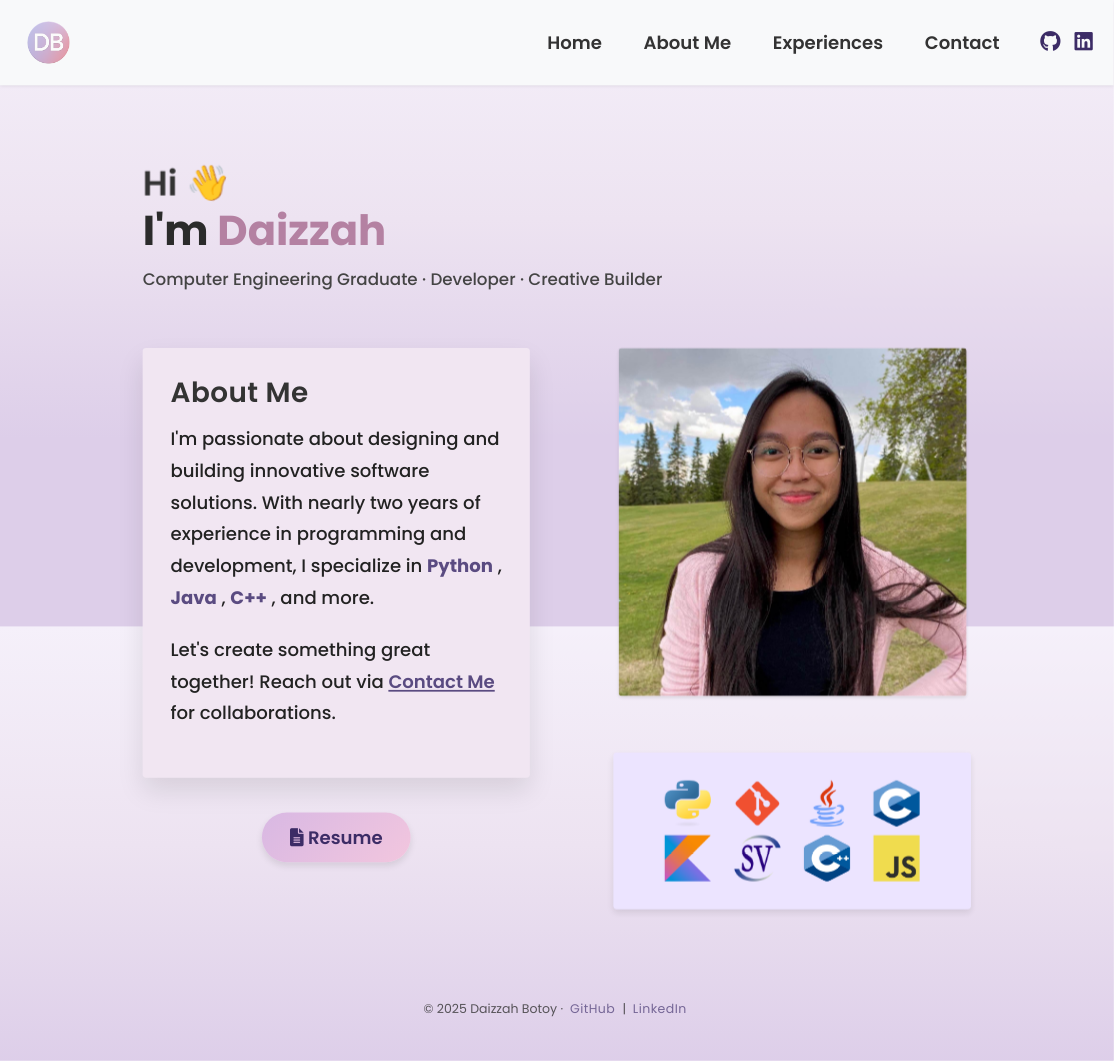
Repository: daizzah/daizzah-portfolio
Page: html/home.html
The author's editor kept a copy of each file at every save. The page is drawn from the files as they stood at one save, then again after the next save.
The browser window is 1280 px wide. The pictures show the whole page, at 87% of full size.
Backgrounds fixed to the window are drawn as part of the page.

Above is the page before, as saved 2025-04-02 22:59:06.

After the next save:
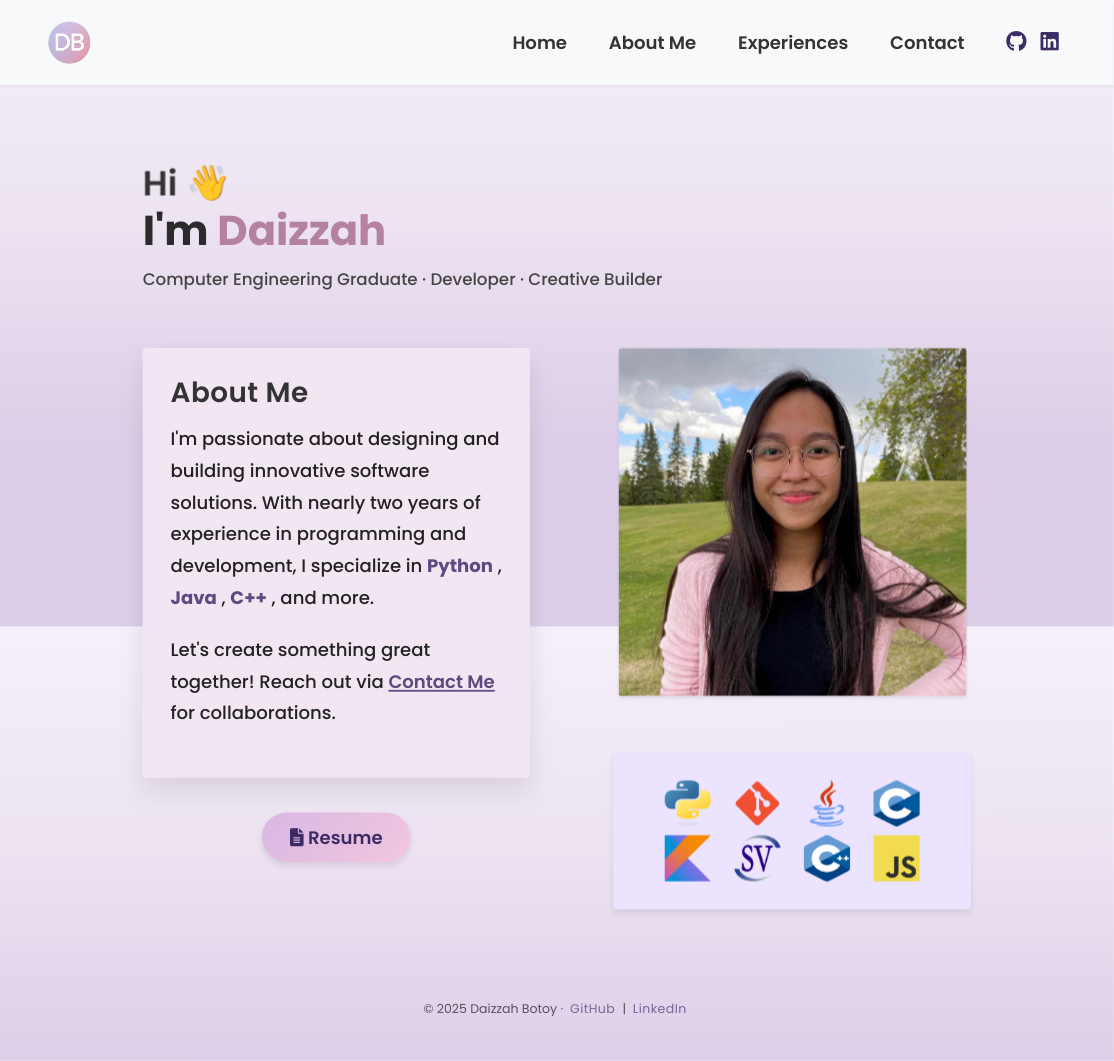
Saved 96 s later.
--- a/html/home.html
+++ b/html/home.html
@@ -56,24 +56,26 @@
               <a class="nav-link" href="contact.html#contact">Contact</a>
             </li>
           </ul>
+          <div class="d-flex align-items-center ms-3">
+            <a
+              href="https://github.com/yourgithub"
+              target="_blank"
+              class="nav-link px-2"
+              aria-label="GitHub"
+            >
+              <i class="fab fa-github fa-lg"></i>
+            </a>
+            <a
+              href="https://linkedin.com/in/yourlinkedin"
+              target="_blank"
+              class="nav-link px-2"
+              aria-label="LinkedIn"
+            >
+              <i class="fab fa-linkedin fa-lg"></i>
+            </a>
+          </div>
         </div>
       </div>
-      <li class="nav-item d-flex align-items-center">
-        <a
-          href="https://github.com/yourgithub"
-          target="_blank"
-          class="nav-link px-2"
-        >
-          <i class="fab fa-github fa-lg"></i>
-        </a>
-        <a
-          href="https://linkedin.com/in/yourlinkedin"
-          target="_blank"
-          class="nav-link px-2"
-        >
-          <i class="fab fa-linkedin fa-lg"></i>
-        </a>
-      </li>
     </nav>
 
     <!-- Main Content -->
